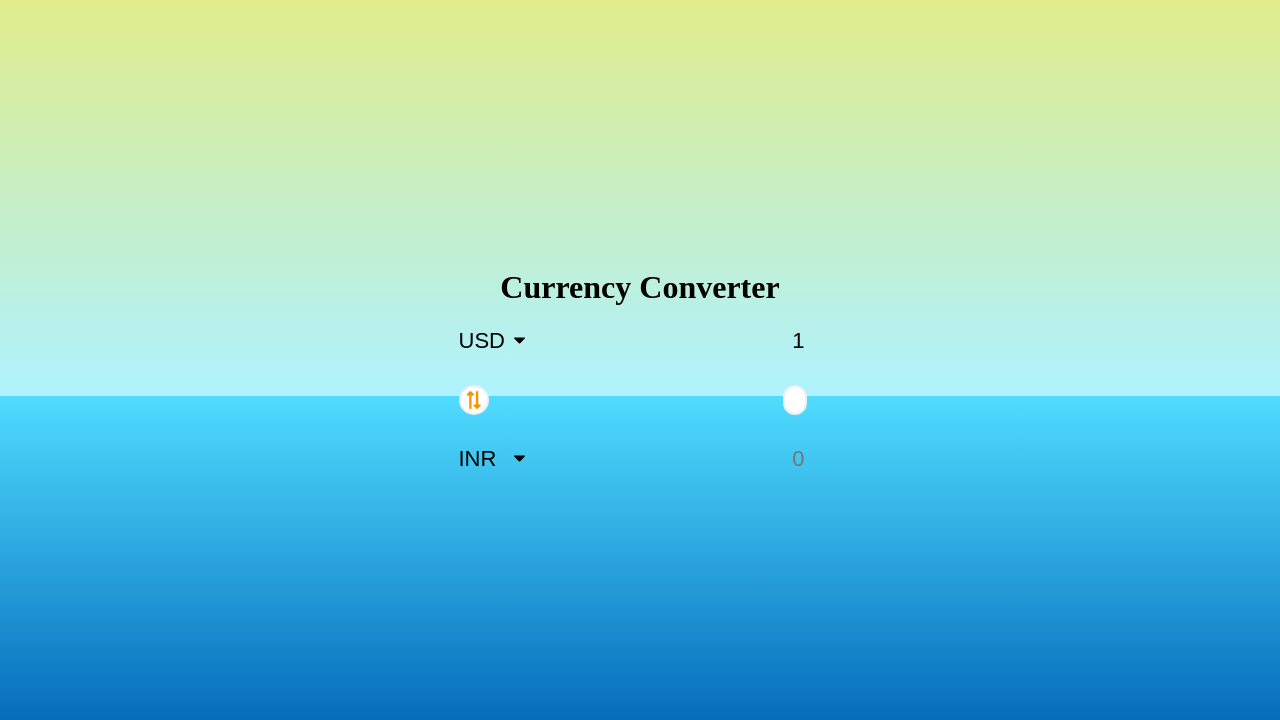
Repository: Sp4ngl3r/Currency-Converter
Page: currency.html
The author's editor kept a copy of each file at every save. The page is drawn from the files as they stood at one save, then again after the next save.
The browser window is 1280 px wide. The pictures show the whole page.
The page's requests for data from a server got no answer. Some web fonts or font styles are not loaded; a fallback is used. Some web libraries are served in a nearby version.

Above is the page before, as saved 2020-04-19 08:55:53.

### currency.html
<html lang="en">
  <head>
    <meta charset="UTF-8" />
    <title>Currency Converter</title>
    <link
      rel="stylesheet"
      href="https://cdnjs.cloudflare.com/ajax/libs/font-awesome/5.10.2/css/all.min.css"
    />
    <link rel="stylesheet" href="currency.css" />
  </head>
  <body>
    <div>
      <h1>Currency Converter</h1>
    </div>
    <div class="container">
      <div class="currency">
        <select id="from_currency">
          <option value="AED">AED</option>
          <option value="ARS">ARS</option>
          <option value="AUD">AUD</option>
          <option value="BGN">BGN</option>
          <option value="BRL">BRL</option>
          <option value="BSD">BSD</option>
          <option value="CAD">CAD</option>
          <option value="CHF">CHF</option>
          <option value="CLP">CLP</option>
          <option value="CNY">CNY</option>
          <option value="COP">COP</option>
          <option value="CZK">CZK</option>
          <option value="DKK">DKK</option>
          <option value="DOP">DOP</option>
          <option value="EGP">EGP</option>
          <option value="EUR">EUR</option>
          <option value="FJD">FJD</option>
          <option value="GBP">GBP</option>
          <option value="GTQ">GTQ</option>
          <option value="HKD">HKD</option>
          <option value="HRK">HRK</option>
          <option value="HUF">HUF</option>
          <option value="IDR">IDR</option>
          <option value="ILS">ILS</option>
          <option value="INR">INR</option>
          <option value="ISK">ISK</option>
          <option value="JPY">JPY</option>
          <option value="KRW">KRW</option>
          <option value="KZT">KZT</option>
          <option value="MXN">MXN</option>
          <option value="MYR">MYR</option>
          <option value="NOK">NOK</option>
          <option value="NZD">NZD</option>
          <option value="PAB">PAB</option>
          <option value="PEN">PEN</option>
          <option value="PHP">PHP</option>
          <option value="PKR">PKR</option>
          <option value="PLN">PLN</option>
          <option value="PYG">PYG</option>
          <option value="RON">RON</option>
          <option value="RUB">RUB</option>
          <option value="SAR">SAR</option>
          <option value="SEK">SEK</option>
          <option value="SGD">SGD</option>
          <option value="THB">THB</option>
          <option value="TRY">TRY</option>
          <option value="TWD">TWD</option>
          <option value="UAH">UAH</option>
          <option value="USD" selected>USD</option>
          <option value="UYU">UYU</option>
          <option value="VND">VND</option>
          <option value="ZAR">ZAR</option>
        </select>
        <input type="number" id="from_amount" placeholder="0" value="1" />
      </div>
      <div class="middle">
        <button id="exchange">
          <i class="fas fa-exchange-alt"></i>
        </button>
        <div class="rate" id="rate"></div>
      </div>
      <div class="currency">
        <select id="to_currency"
          ><option value="AED">AED</option>
          <option value="ARS">ARS</option>
          <option value="AUD">AUD</option>
          <option value="BGN">BGN</option>
          <option value="BRL">BRL</option>
          <option value="BSD">BSD</option>
          <option value="CAD">CAD</option>
          <option value="CHF">CHF</option>
          <option value="CLP">CLP</option>
          <option value="CNY">CNY</option>
          <option value="COP">COP</option>
          <option value="CZK">CZK</option>
          <option value="DKK">DKK</option>
          <option value="DOP">DOP</option>
          <option value="EGP">EGP</option>
          <option value="EUR">EUR</option>
          <option value="FJD">FJD</option>
          <option value="GBP">GBP</option>
          <option value="GTQ">GTQ</option>
          <option value="HKD">HKD</option>
          <option value="HRK">HRK</option>
          <option value="HUF">HUF</option>
          <option value="IDR">IDR</option>
          <option value="ILS">ILS</option>
          <option value="INR" selected>INR</option>
          <option value="ISK">ISK</option>
          <option value="JPY">JPY</option>
          <option value="KRW">KRW</option>
          <option value="KZT">KZT</option>
          <option value="MXN">MXN</option>
          <option value="MYR">MYR</option>
          <option value="NOK">NOK</option>
          <option value="NZD">NZD</option>
          <option value="PAB">PAB</option>
          <option value="PEN">PEN</option>
          <option value="PHP">PHP</option>
          <option value="PKR">PKR</option>
          <option value="PLN">PLN</option>
          <option value="PYG">PYG</option>
          <option value="RON">RON</option>
          <option value="RUB">RUB</option>
          <option value="SAR">SAR</option>
          <option value="SEK">SEK</option>
          <option value="SGD">SGD</option>
          <option value="THB">THB</option>
          <option value="TRY">TRY</option>
          <option value="TWD">TWD</option>
          <option value="UAH">UAH</option>
          <option value="USD">USD</option>
          <option value="UYU">UYU</option>
          <option value="VND">VND</option>
          <option value="ZAR">ZAR</option>
        </select>
        <input type="number" id="to_amount" placeholder="0" />
      </div>
    </div>
    <script src="currency.js"></script>
  </body>
</html>

### currency.css
@import url("https://fonts.googleapis.com/css?family=Muli&display=swap");
* {
  box-sizing: border-box;
}
body {
  background: linear-gradient(
    to bottom,
    #e0eb8a 0%,
    #aff2ff 55%,
    #50dcff 55%,
    #056dbb 100%
  );
  font-family: "Muli", fantasy;
  display: flex;
  flex-direction: column;
  justify-content: center;
  align-items: center;
  height: 100vh;
  margin: 0;
}
.currency {
  display: flex;
  align-items: center;
  justify-content: space-between;
}
.currency select {
  background: transparent;
  background-image: url("data:[embedded picture, 475 characters]");
  background-repeat: no-repeat, repeat;
  background-position: right 0.2em top 50%, 0 0;
  background-size: 0.5em auto, 100%;
  border: 0;
  padding-right: 20px;
  font-size: 22px;
  -moz-appearance: none;
  -webkit-appearance: none;
  appearance: none;
}
.currency input {
  border: 0;
  background: transparent;
  font-size: 22px;
  text-align: right;
}
.middle {
  color: #f59300;
  display: flex;
  align-items: center;
  justify-content: space-between;
}
.middle button {
  background-color: #fff;
  border: 2px solid #ecf0f1;
  border-radius: 50%;
  cursor: pointer;
  color: #f59300;
  font-size: 18px;
  display: flex;
  align-items: center;
  justify-content: center;
  height: 30px;
  width: 30px;
  transform: rotate(90deg);
}
.middle button:active {
  transform: rotate(90deg) scale(0.9);
}
.middle .rate {
  background-color: #fff;
  border: 2px solid #ecf0f1;
  border-radius: 50px;
  font-size: 18px;
  display: flex;
  align-items: center;
  justify-content: center;
  height: 30px;
  padding: 0 10px;
  margin: 30px 15px 30px 25px;
}
select:focus,
input:focus,
button:focus {
  outline: 0;
}

### currency.js
const from_initial_currency = document.getElementById("from_currency");
const from_initial_amount = document.getElementById("from_amount");
const to_expected_currency = document.getElementById("to_currency");
const to_expected_amount = document.getElementById("to_amount");
const rateEl = document.getElementById("rate");
const exchange = document.getElementById("exchange");

from_initial_currency.addEventListener("change", calculate);
from_initial_amount.addEventListener("input", calculate);
to_expected_currency.addEventListener("change", calculate);
to_expected_amount.addEventListener("input", calculate);

exchange.addEventListener("click", () => {
  const temp = from_initial_currency.value;
  from_initial_currency.value = to_expected_currency.value;
  to_expected_currency.value = temp;
  calculate();
});

function calculate() {
  const from_currency = from_initial_currency.value;
  const to_currency = to_expected_currency.value;

  fetch(`https://api.exchangerate-api.com/v4/latest/${from_currency}`)
    .then((res) => res.json())
    .then((res) => {
      const rate = res.rates[to_currency];
      rateEl.innerText = `1 ${from_currency} = ${rate} ${to_currency}`;
      to_expected_amount.value = (from_initial_amount.value * rate).toFixed(2);
    });
}

calculate();

After the next save:
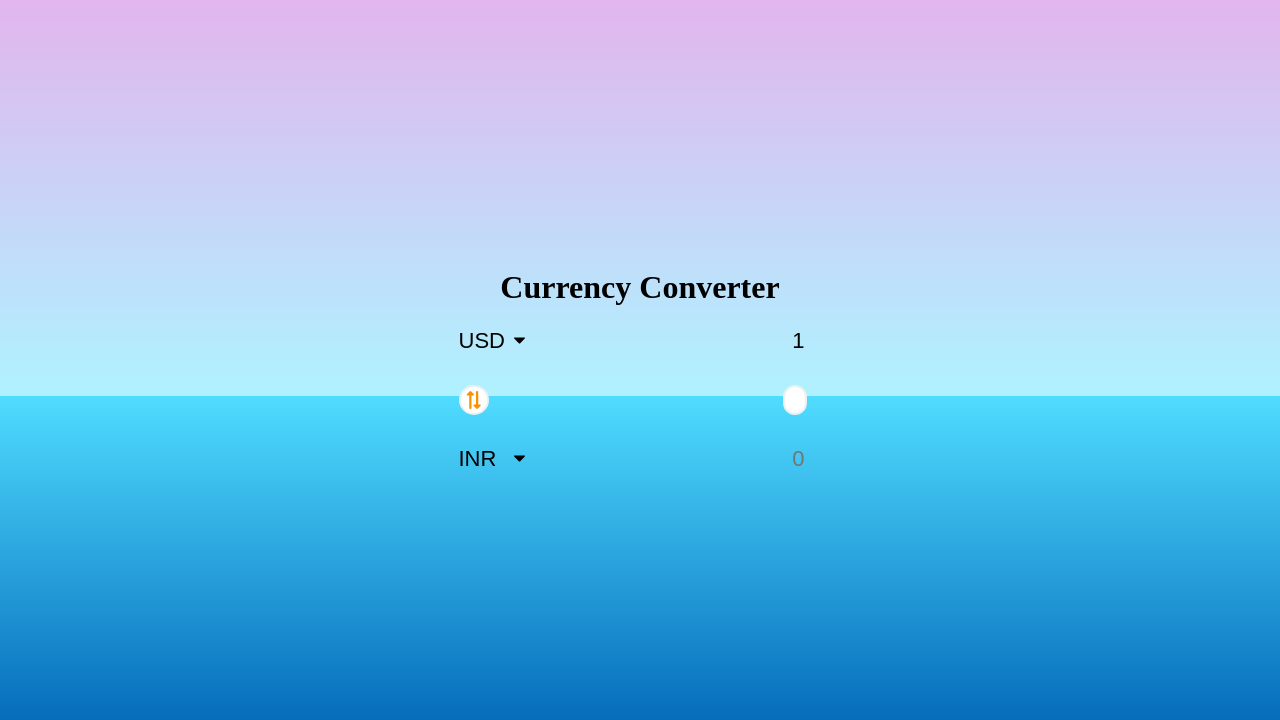
Saved 32 s later.
--- a/currency.css
+++ b/currency.css
@@ -5,7 +5,7 @@
 body {
   background: linear-gradient(
     to bottom,
-    #e0eb8a 0%,
+    #e2b5ee 0%,
     #aff2ff 55%,
     #50dcff 55%,
     #056dbb 100%
